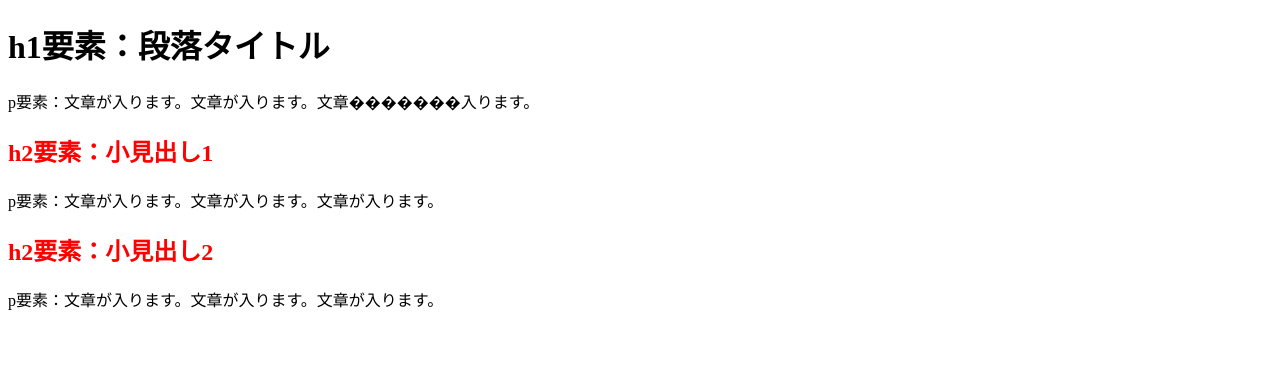
Repository: qedhourse580/samurai_HTML-CSS
Page: Untitled1.html
The author's editor kept a record of every edit. The page is drawn from the files as they stood at one moment, then again after the next edit.
The browser window is 1280 px wide. The pictures show the whole page.

Above is the page before.

### Untitled1.html
<!DOCTYPE html>
<html lang="ja">
<head>
  <meta charset="UTF-8">
  <title>HTML/CSSの学習</title>
  <style>
    h2 {
      color: red;
    }
  </style>
</head>
  <body>
    <h1>h1要素：段落タイトル</h1>
    <p>p要素：文章が入ります。文章が入ります。文章�������入ります。</p>
    <h2>h2要素：小見出し1</h2>
    <p>p要素：文章が入ります。文章が入ります。文章が入ります。</p>
    <h2>h2要素：小見出し2</h2>
    <p>p要素：文章が入ります。文章が入ります。文章が入ります。</p>
  </body>
</html>

After the next edit:
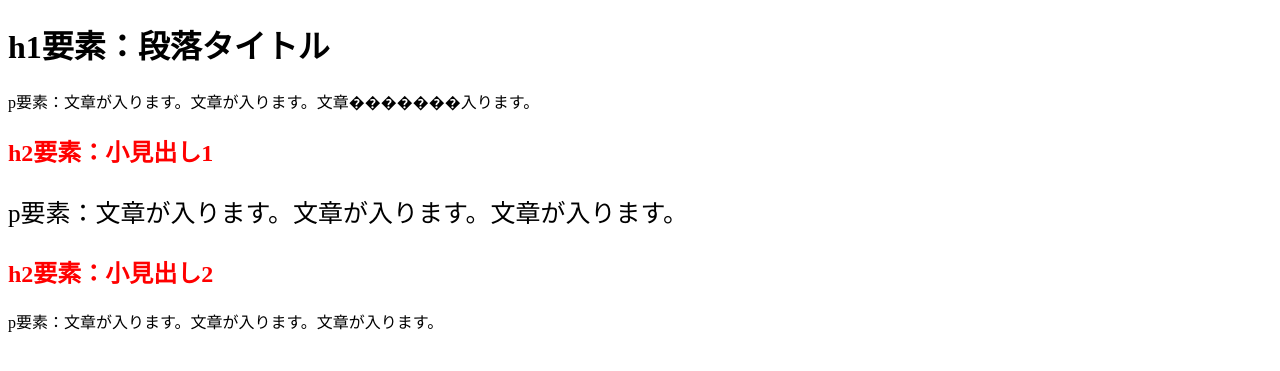
The edit:
--- a/Untitled1.html
+++ b/Untitled1.html
@@ -13,7 +13,7 @@
     <h1>h1要素：段落タイトル</h1>
     <p>p要素：文章が入ります。文章が入ります。文章�������入ります。</p>
     <h2>h2要素：小見出し1</h2>
-    <p>p要素：文章が入ります。文章が入ります。文章が入ります。</p>
+    <p style="font-size: 25px;">p要素：文章が入ります。文章が入ります。文章が入ります。</p>
     <h2>h2要素：小見出し2</h2>
     <p>p要素：文章が入ります。文章が入ります。文章が入ります。</p>
   </body>
